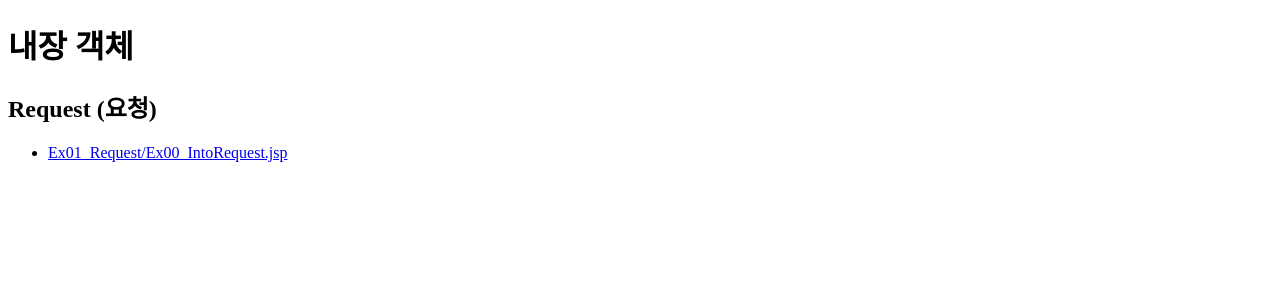
Repository: joeunpyeong/javaA
Page: http://localhost/04.Implicit/
An editor plug-in stored every save of this project. The page is shown before and after the next save, followed by the edit.
The browser window is 1280 px wide. The pictures show the whole page.
The page is served by Tomcat 9. Other server files are loaded and not shown.

Above is the page before, as saved 2023-05-22 01:44:43.

### 04.Implicit/src/main/webapp/index.jsp
<%@ page language="java" contentType="text/html; charset=UTF-8"
    pageEncoding="UTF-8"%>
<!DOCTYPE html>
<html>
<head>
<meta charset="UTF-8">
<title>Insert title here</title>
</head>
<body>
	<h1>내장 객체</h1>
	<h2>Request (요청)</h2>
	<ul>
		<li><a href="Ex01_Request/Ex00_IntoRequest.jsp">Ex01_Request/Ex00_IntoRequest.jsp</a></li>
	</ul>


</body>
</html>

After the next save:
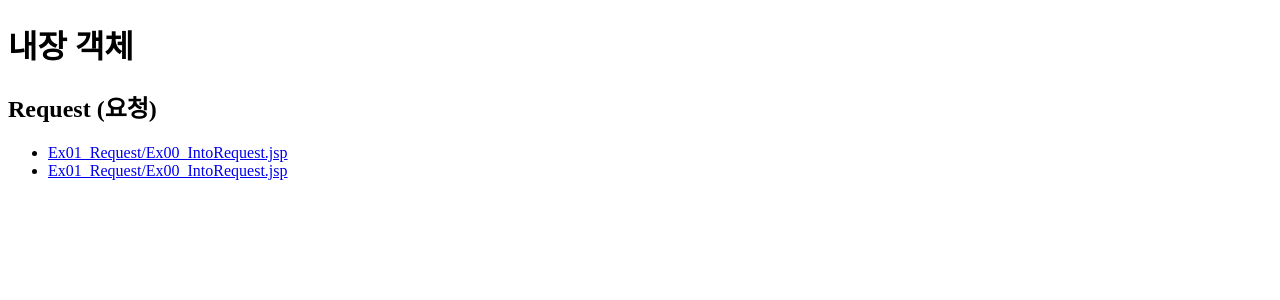
Saved 4 min 54 s later.
--- a/04.Implicit/src/main/webapp/index.jsp
+++ b/04.Implicit/src/main/webapp/index.jsp
@@ -11,6 +11,7 @@
 	<h2>Request (요청)</h2>
 	<ul>
 		<li><a href="Ex01_Request/Ex00_IntoRequest.jsp">Ex01_Request/Ex00_IntoRequest.jsp</a></li>
+		<li><a href="Ex01_Request/Ex01_Request.jsp">Ex01_Request/Ex00_IntoRequest.jsp</a></li>
 	</ul>
 
 
